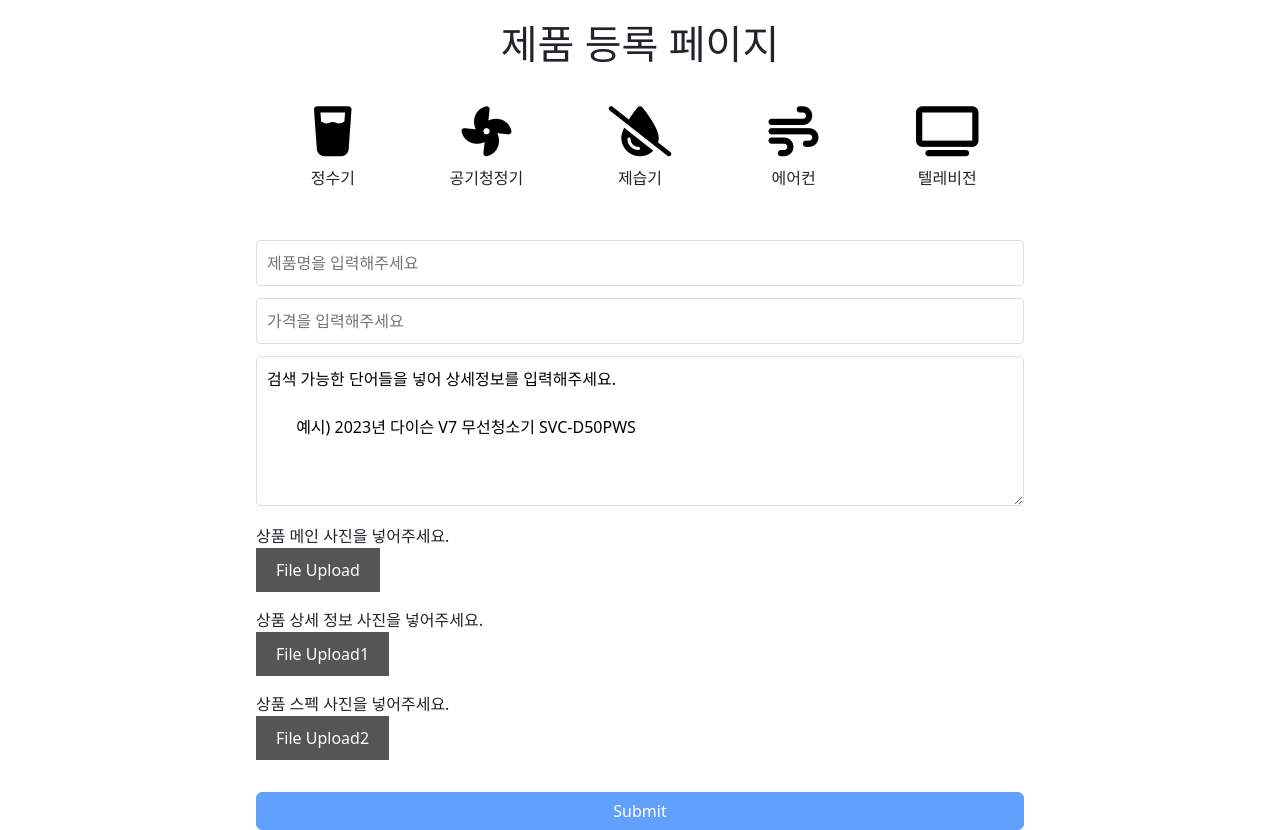
Repository: bbqju13/52si
Page: http://localhost/spring/WEB-INF/views/product/register.jsp
The author's editor kept a copy of each file at every save. The page is drawn from the files as they stood at one save, then again after the next save.
The browser window is 1280 px wide. The pictures show the whole page.
Some web libraries are served in a nearby version. The page is served by Tomcat 9. Nobody is signed in. The template is opened directly, without the code that normally fills it, so the values that code supplies are empty.

Above is the page before, as saved 2023-07-28 05:30:24.

After the next save:
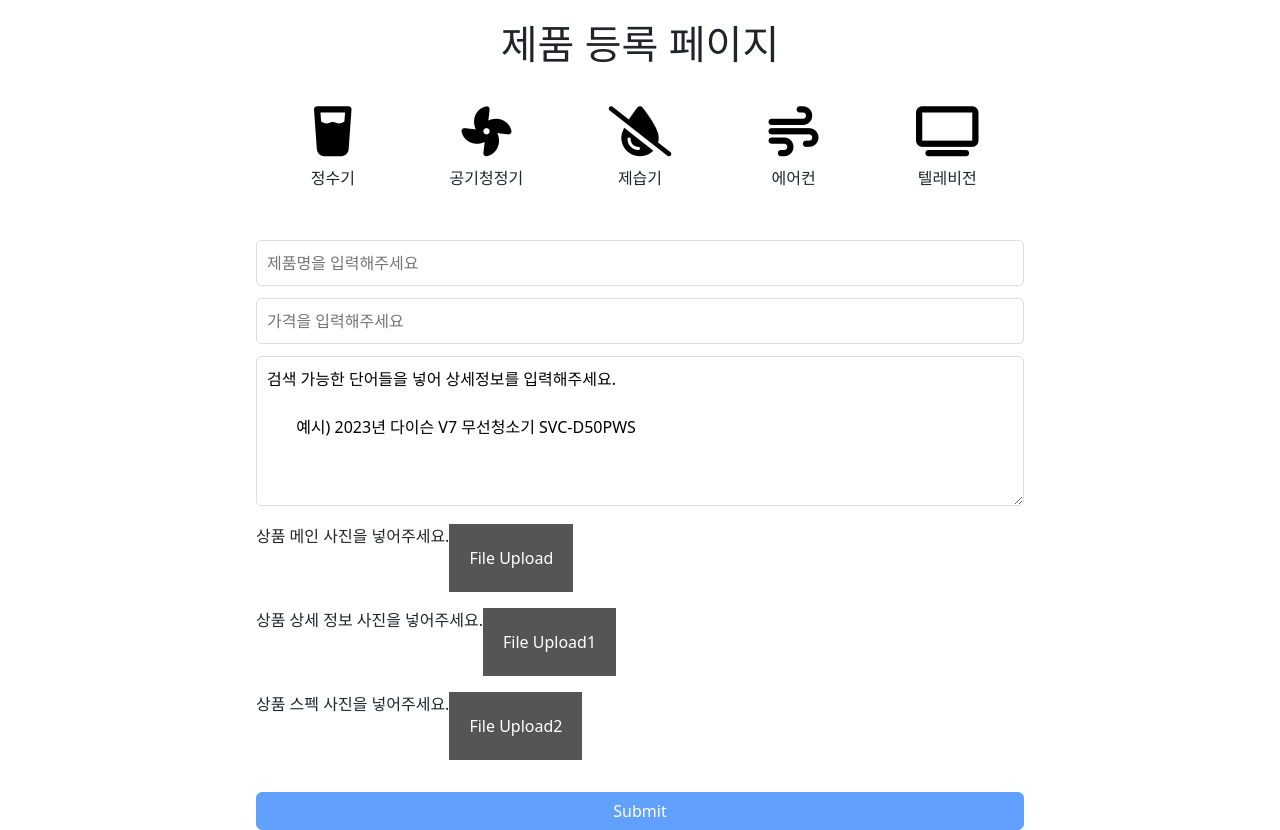
Saved 4 min 19 s later.
--- a/spring/src/main/webapp/WEB-INF/views/product/register.jsp
+++ b/spring/src/main/webapp/WEB-INF/views/product/register.jsp
@@ -59,30 +59,26 @@
        예시) 2023년 다이슨 V7 무선청소기 SVC-D50PWS
        </textarea> <br>
        <div class="fileDiv">
-       	   <div>
-       	   		상품 메인 사진을 넣어주세요.<input type="file" id="files" name="files" style="display: none" class="form-control" aria-label="file example" required> <br>
-	       		<button type="button" id="trigger">File Upload</button> <br>
-       	   </div>
+       	   상품 메인 사진을 넣어주세요.<input type="file" id="files" name="files" style="display: none" class="form-control" aria-label="file example" required> <br>
+	       <button type="button" id="trigger">File Upload</button> <br>
 	       <div id="fileZone">
 
 	       </div>
 	   </div>
 
 	   <div class="fileDiv">
-	   	   <div>
-	   	   		상품 상세 정보 사진을 넣어주세요.<input type="file" id="files1" name="files" style="display: none" class="form-control" aria-label="file example" required> <br>
-	       		<button type="button" id="trigger1">File Upload1</button> <br>
-	   	   </div>
+	   	   상품 상세 정보 사진을 넣어주세요.<input type="file" id="files1" name="files" style="display: none" class="form-control" aria-label="file example" required> <br>
+	       <button type="button" id="trigger1">File Upload1</button> <br>
+
 	       <div id="fileZone1">
 
 	       </div>
        </div>
 
        <div class="fileDiv">
-       	   <div>
-       	   		상품 스펙 사진을 넣어주세요.<input type="file" id="files2" name="files" style="display: none" class="form-control" aria-label="file example" required> <br>
-	       		<button type="button" id="trigger2">File Upload2</button> <br>
-       	   </div>
+       	   상품 스펙 사진을 넣어주세요.<input type="file" id="files2" name="files" style="display: none" class="form-control" aria-label="file example" required> <br>
+	       <button type="button" id="trigger2">File Upload2</button> <br>
+
 	       <div id="fileZone2">
 
 	       </div>
